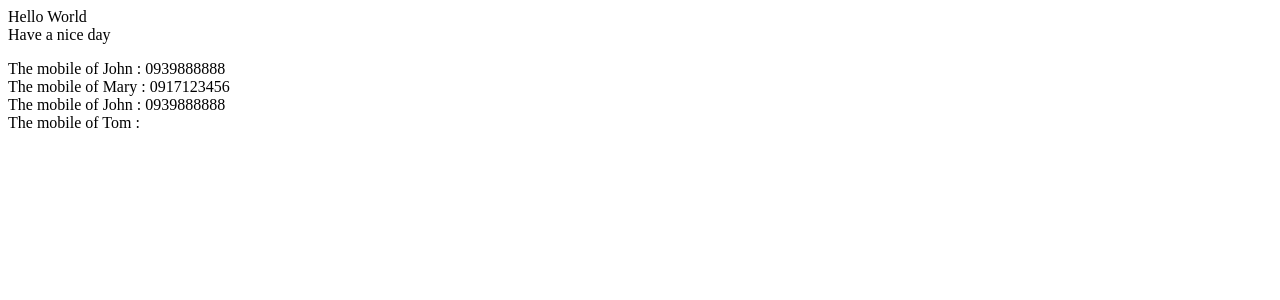
Repository: cc666801/ServletSchool
Page: http://localhost/JSP/m12/ListMap.jsp
The author's editor kept a copy of each file at every save. The page is drawn from the files as they stood at one save, then again after the next save.
The browser window is 1280 px wide. The pictures show the whole page.
The page is served by Tomcat 9. Other server files are loaded and not shown.

Above is the page before, as saved 2023-03-09 02:33:30.

### JSP/src/main/webapp/m12/ListMap.jsp
<%@ page language="java" contentType="text/html;charset=UTF-8"
    pageEncoding="UTF-8" import="java.util.*" %>
<%  String name = "Eason";
	request.setAttribute("name", name);

	List<String> greetings = new ArrayList<>();
	greetings.add("Hello World");
	greetings.add("Have a nice day");
	request.setAttribute("greetings", greetings);

	Map<String,String> tel = new HashMap<>();
	tel.put("John","0939888888");
	tel.put("Mary","0917123456");
	request.setAttribute("mobile", tel);
%>
<html>
<body>
${param.name}

${greetings[0]}<br>
${greetings[1]}<br>
${greetings[2]}<p>
The mobile of John : ${mobile.John}<br>
The mobile of Mary : ${mobile['Mary']}<br>
The mobile of John : ${mobile["John"]}<br>
The mobile of Tom : ${mobile["Tom"]}
</body>
</html>

After the next save:
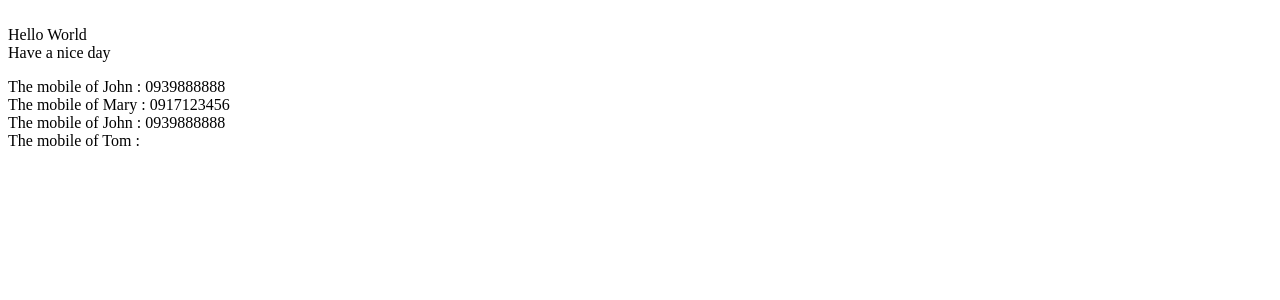
Saved 24 min 50 s later.
--- a/JSP/src/main/webapp/m12/ListMap.jsp
+++ b/JSP/src/main/webapp/m12/ListMap.jsp
@@ -15,7 +15,7 @@
 %>
 <html>
 <body>
-${param.name}
+${param.name}<br>
 
 ${greetings[0]}<br>
 ${greetings[1]}<br>
